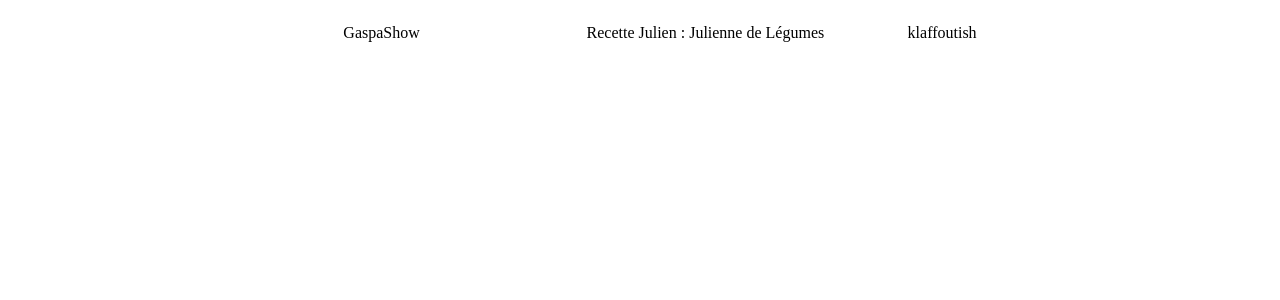
Repository: klevish/marmitonade.github.io
Page: index.html
An editor plug-in stored every save of this project. The page is shown before and after the next save, followed by the edit.
The browser window is 1280 px wide. The pictures show the whole page.

Above is the page before, as saved 2022-06-13 16:54:35.

After the next save:
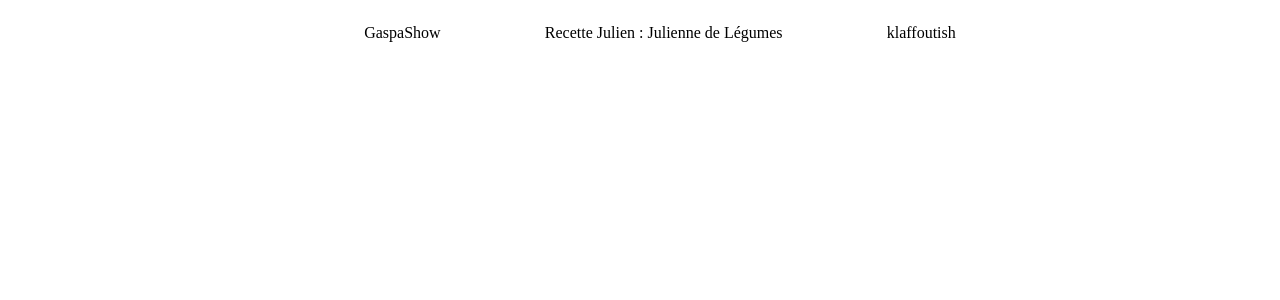
Saved 6 s later.
--- a/index.html
+++ b/index.html
@@ -13,7 +13,6 @@
     <nav>
         <ul>
             <li><a href="gaspacho.html"></a>GaspaShow</li>
-            <li href=""></li>
             <li href="julienne_de_legumes.html">Recette Julien : Julienne de Légumes</li>
             <li href="klaffoutish.html">klaffoutish</li>
         </ul>
